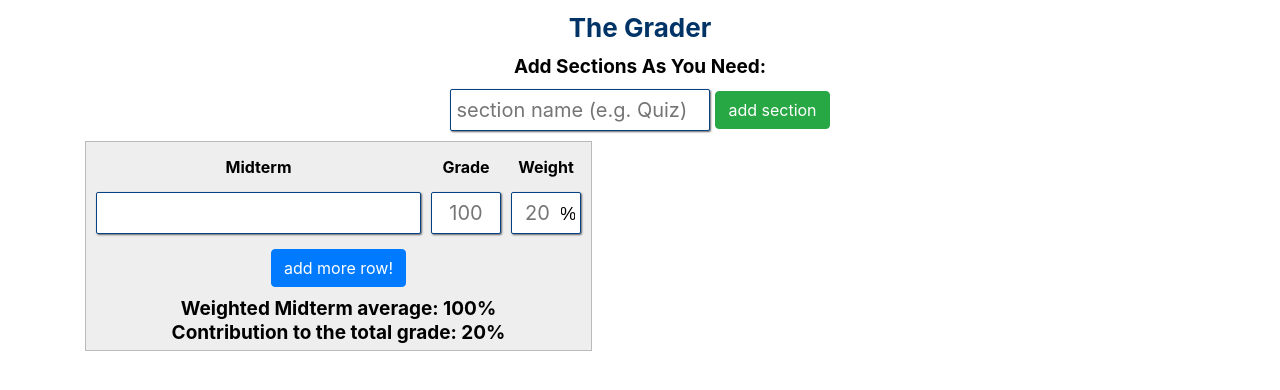
Repository: BarishNamazov/BarishNamazov.github.io
Page: thegrader/index.html
An editor plug-in stored every save of this project. The page is shown before and after the next save, followed by the edit.
The browser window is 1280 px wide. The pictures show the whole page.

Above is the page before, as saved 2020-10-31 18:28:26.

### thegrader/index.html
<!doctype html>
<html lang="en">
  <head>
    <meta charset="utf-8">
    <meta name="viewport" content="width=device-width, initial-scale=1, shrink-to-fit=no">

    <!-- Bootstrap CSS -->
    <link rel="stylesheet" href="https://cdn.jsdelivr.net/npm/bootstrap@4.5.3/dist/css/bootstrap.min.css" integrity="sha384-TX8t27EcRE3e/ihU7zmQxVncDAy5uIKz4rEkgIXeMed4M0jlfIDPvg6uqKI2xXr2" crossorigin="anonymous">

    <!-- Custon CSS -->
    <link rel="stylesheet" href="app.css">

    <title>The Grader</title>
  </head>
  <body>
    <div class="container">
      <div class="row">
        <div class="col-lg-12">
          <h1>The Grader</h1>

          <h3>Add Sections As You Need:</h3>

          <div class="divSectionAdder">
            <input type="text" class="sectionName" placeholder="section name (e.g. Quiz)"><button valign="center" class="btn btn-success sectionAdder" id="sectionAdder">add section</button>
          </div>

          <table class="gradePanel">
            <tbody>
              <tr>
                <td>
                  <table>
                    <tbody>
                      <tr class="rowHeader">
                        <td class="tableHeader tableName"><strong>Midterm</strong></td>
                        <td class="tableHeader"><strong>Grade</strong></td>
                        <td class="tableHeader"><strong>Weight</strong></td>
                      </tr>
                      <tr>
                        <td><input type="text" class="gradeName" value="Midterm 1"></td>
                        <td><input type="text" class="gradeValue" placeholder="100"></td>
                        <td><input type="text" class="gradeWeight percentIcon" placeholder="20"></td>
                      </tr>
                    </tbody>
                  </table>

                  <div class="moreRows"></div>

                  <button class="btn btn-primary rowAdder" id="section1RowAdder">add more row!</button>

                  <div class="gradeBar">
                    <h3>
                      Weighted <span class="nameOfSection">Midterm</span> average: <span class="sectionAverage">100</span>%
                      <br>
                      Contribution to the total grade: <span class="sectionContribution">20</span>%
                    </h3>
                  </div>
                </td>
              </tr>
            </tbody>
          </table>
          <div class="moreSections"></div>
        </div>
      </div>
    </div>



    <script src="https://code.jquery.com/jquery-3.5.1.slim.min.js" integrity="sha384-DfXdz2htPH0lsSSs5nCTpuj/zy4C+OGpamoFVy38MVBnE+IbbVYUew+OrCXaRkfj" crossorigin="anonymous"></script>
    <script src="https://cdn.jsdelivr.net/npm/bootstrap@4.5.3/dist/js/bootstrap.bundle.min.js" integrity="sha384-ho+j7jyWK8fNQe+A12Hb8AhRq26LrZ/JpcUGGOn+Y7RsweNrtN/tE3MoK7ZeZDyx" crossorigin="anonymous"></script>
    <script src="https://code.jquery.com/jquery-3.5.1.min.js" integrity="sha256-9/aliU8dGd2tb6OSsuzixeV4y/faTqgFtohetphbbj0=" crossorigin="anonymous"></script>
    <script src="scripts.js"></script>
  </body>
</html>

### thegrader/app.css
body,p,td,div,input,th,li,textarea{font-size:16px;color:#000;}

body{background:#fff;margin:0px;padding:0px;border:0;text-align: center;}

h1 {
  text-align: center;
  color: blue;
}
.divSectionAdder{
  margin: 10px auto;
  display: flex;
  align-items: center;
  justify-content: center;
}
.sectionName{
  margin-right: 5px;
  width: 260px;
}
.gradePanel{
	background:#eee;
	border: solid 1px #bbbbbb;
  padding: 10px;
  margin-bottom: 10px;
}
td{
  padding: 5px;
}

h1{color:#003366;font-size:26px;font-weight:bold;padding:0;margin:12px 0;}
#resulth1{background-color:#ffefe7;padding:0px 5px 0px 5px;border-top:#930 1px dotted;}
h2{font-size:22px;font-weight:bold;color:#003366;padding:0; margin-bottom: 2px;}
h3{font-size:19px;font-weight:bold;}
hr{border:0;color:#aaa;background-color:#aaa;height:1px;}
a{color:#069;text-decoration:underline;}
a:hover{text-decoration:none;}
input{padding: 5px;color:#000;}
select{padding: 4px;color:#000;}
option{font-size:16px;}
input[type=text],
input[type=number],
select {
	border: 1px solid #044284;
	border-radius: 2px;
	box-shadow: 1px 1px 2px #666;
	font-size:20px;
}

.tableHeader{
  text-align: center;
}
.rowHeader{
  height: 40px;
}
.gradeWeight, .gradeValue{
  text-align:center;
  width: 70px;
}
.percentIcon{
	background: white url('media/percent.svg') right 5px center no-repeat;
  padding-right: 22px;
}
.rowAdder{
  margin: 10px auto;
}
h3{
  display: inline;
}

### thegrader/scripts.js
var newRow = "<table><tbody><tr><td><input type=\"text\" class=\"gradeName\" value=\"Midterm X\" autocomplete=\"off\"></td><td><input type=\"text\" class=\"gradeValue\"></td><td><input type=\"text\" class=\"gradeWeight percentIcon\"></td></tr></tbody></table>\n ";

var newSection = "<table class=\"gradePanel\"> <tbody> <tr> <td> <table> <tbody> <tr class=\"rowHeader\"> <td class=\"tableHeader tableName\"><strong>Midterm</strong></td> <td class=\"tableHeader\"><strong>Grade</strong></td> <td class=\"tableHeader\"><strong>Weight</strong></td> </tr> <tr> <td><input type=\"text\" class=\"gradeName\" value=\"Midterm 1\" autocomplete=\"off\"></td> <td><input type=\"text\" class=\"gradeValue\" placeholder=\"100\"></td> <td><input type=\"text\" class=\"gradeWeight percentIcon\" placeholder=\"20\"></td> </tr> </tbody> </table> <div class=\"moreRows\"></div> <button class=\"btn btn-primary rowAdder\">add more row!</button> </td> </tr> </tbody> </table>";

$("input").attr("autocomplete", "off");
$("input").val(null);

if (!String.prototype.splice) {
  String.prototype.splice = function(start, delCount, newSubStr) {
      return this.slice(0, start) + newSubStr + this.slice(start + Math.abs(delCount));
  };
}

var sectionCount = 1;

function rowAdder(){
  var idx = $(this).parents(".gradePanel").find("table").length + 1;
  var namePanel = $(this).parents(".gradePanel").find(".tableName").text();
  var editedRow = newRow.replace("Midterm X", namePanel + " " + idx);
  $(this).parents(".gradePanel").find(".moreRows").before(editedRow);
  $(".gradeValue").change(updateSectionGrade);
  $(".gradeWeight").change(updateSectionGrade);
}
$(".rowAdder").on("click", rowAdder);

function sectionAdder(dir){
  var x = (typeof dir == "string") ? $(dir) : $(this);
  var sectionInputName = $(".sectionName").val();
  if (!sectionInputName) return;
  var editedSection = newSection.replaceAll("Midterm", sectionInputName);
  $(".moreSections").before(editedSection);
  $(".rowAdder").eq(sectionCount++).on("click", rowAdder);
  $(".sectionName").val(null);
}


$(".sectionAdder").on("click", sectionAdder);
$(".sectionName").on("keypress", function(e) {
  if (e.which == 13) {
    sectionAdder(".sectionName");
  }
})

function updateSectionGrade() {
  var section = $(this).parents(".gradePanel");
  var grades = section.find(".gradeValue"), weights = section.find(".gradeWeight");
  var contribution = 0.0;
  for (var i = 0; i < grades.length; i++) {
    // console.log(grades[i]);
    console.log(weights[i]);
    contribution += Number(grades[i].value) * Number(weights[i].value) / 100.0;
  }
  section.find(".sectionAverage").text(contribution);
}
$(".gradeValue").change(updateSectionGrade);
$(".gradeWeight").change(updateSectionGrade);

After the next save:
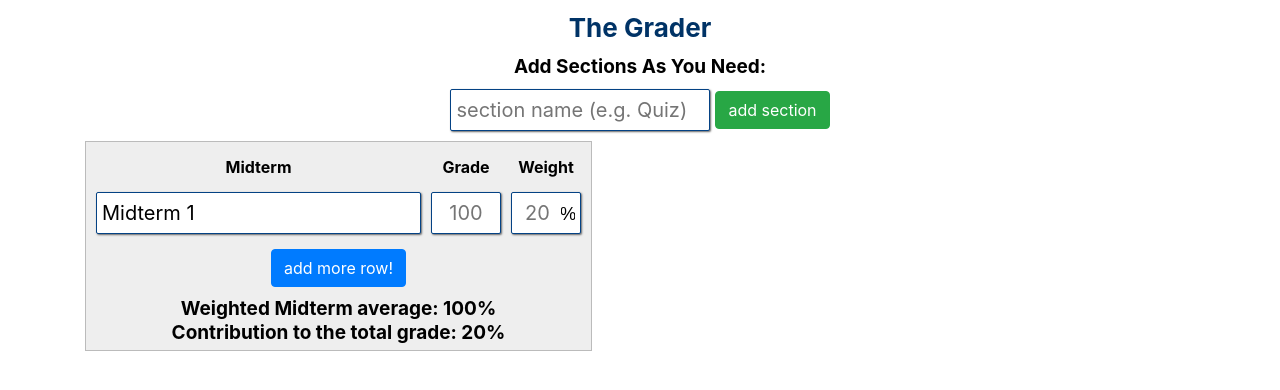
Saved 8 s later.
--- a/thegrader/scripts.js
+++ b/thegrader/scripts.js
@@ -3,7 +3,7 @@
 var newSection = "<table class=\"gradePanel\"> <tbody> <tr> <td> <table> <tbody> <tr class=\"rowHeader\"> <td class=\"tableHeader tableName\"><strong>Midterm</strong></td> <td class=\"tableHeader\"><strong>Grade</strong></td> <td class=\"tableHeader\"><strong>Weight</strong></td> </tr> <tr> <td><input type=\"text\" class=\"gradeName\" value=\"Midterm 1\" autocomplete=\"off\"></td> <td><input type=\"text\" class=\"gradeValue\" placeholder=\"100\"></td> <td><input type=\"text\" class=\"gradeWeight percentIcon\" placeholder=\"20\"></td> </tr> </tbody> </table> <div class=\"moreRows\"></div> <button class=\"btn btn-primary rowAdder\">add more row!</button> </td> </tr> </tbody> </table>";
 
 $("input").attr("autocomplete", "off");
-$("input").val(null);
+// $("input").val(null);
 
 if (!String.prototype.splice) {
   String.prototype.splice = function(start, delCount, newSubStr) {

After the save that followed:
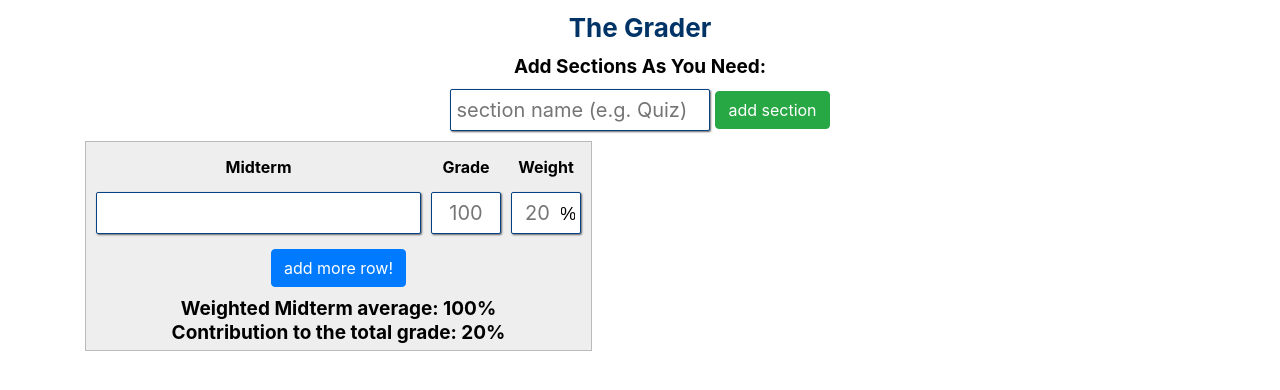
Saved 104 s later.
--- a/thegrader/scripts.js
+++ b/thegrader/scripts.js
@@ -3,7 +3,7 @@
 var newSection = "<table class=\"gradePanel\"> <tbody> <tr> <td> <table> <tbody> <tr class=\"rowHeader\"> <td class=\"tableHeader tableName\"><strong>Midterm</strong></td> <td class=\"tableHeader\"><strong>Grade</strong></td> <td class=\"tableHeader\"><strong>Weight</strong></td> </tr> <tr> <td><input type=\"text\" class=\"gradeName\" value=\"Midterm 1\" autocomplete=\"off\"></td> <td><input type=\"text\" class=\"gradeValue\" placeholder=\"100\"></td> <td><input type=\"text\" class=\"gradeWeight percentIcon\" placeholder=\"20\"></td> </tr> </tbody> </table> <div class=\"moreRows\"></div> <button class=\"btn btn-primary rowAdder\">add more row!</button> </td> </tr> </tbody> </table>";
 
 $("input").attr("autocomplete", "off");
-// $("input").val(null);
+$("input").val(null);
 
 if (!String.prototype.splice) {
   String.prototype.splice = function(start, delCount, newSubStr) {
